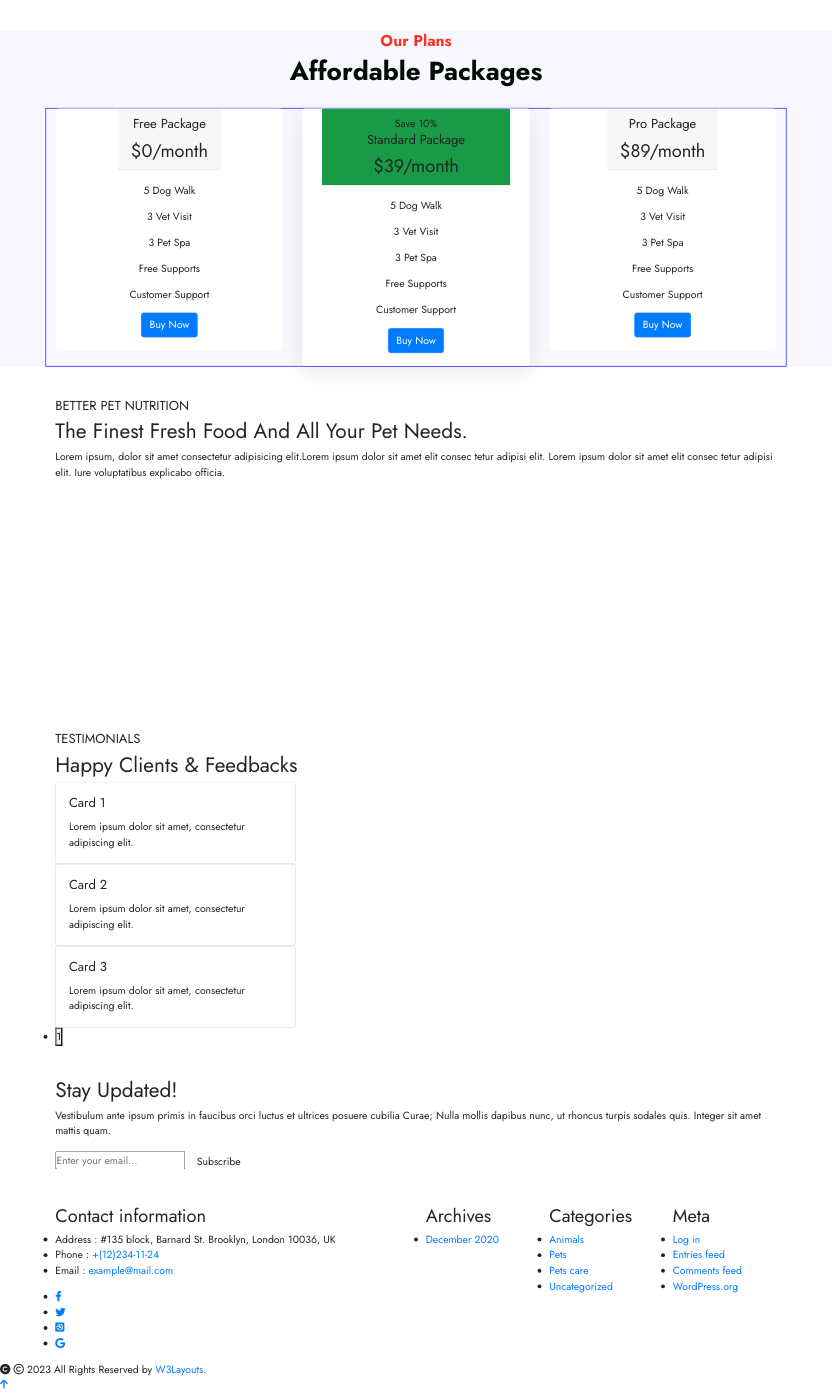
Repository: thanhfrankie/poochcare
Page: index.html
These files come from the project's save history. The page is drawn as it stood at one moment and after a run of saves; the edit follows.
The browser window is 1280 px wide. The pictures show the whole page, at 65% of full size.
Pictures or frames that could not be fetched are drawn as grey boxes.

Above is the page before, as saved 2023-12-20 21:53:15.

### index.html
<!DOCTYPE html>
<html lang="en">
  <head>
    <title>Pooch Care</title>
    <!-- Required meta tags -->
    <meta charset="utf-8" />
    <meta
      name="viewport"
      content="width=device-width, initial-scale=1, shrink-to-fit=no"
    />
    <!-- FONT AWESOME -->
    <link
      rel="stylesheet"
      href="https://cdnjs.cloudflare.com/ajax/libs/font-awesome/6.4.2/css/all.min.css"
      integrity="sha512-z3gLpd7yknf1YoNbCzqRKc4qyor8gaKU1qmn+CShxbuBusANI9QpRohGBreCFkKxLhei6S9CQXFEbbKuqLg0DA=="
      crossorigin="anonymous"
      referrerpolicy="no-referrer"
    />
    <!-- Bootstrap CSS -->
    <link
      rel="stylesheet"
      href="https://stackpath.bootstrapcdn.com/bootstrap/4.3.1/css/bootstrap.min.css"
      integrity="sha384-ggOyR0iXCbMQv3Xipma34MD+dH/1fQ784/j6cY/iJTQUOhcWr7x9JvoRxT2MZw1T"
      crossorigin="anonymous"
    />
    <!-- Font Jost -->
    <link rel="preconnect" href="https://fonts.googleapis.com" />
    <link rel="preconnect" href="https://fonts.gstatic.com" crossorigin />
    <link
      href="https://fonts.googleapis.com/css2?family=Jost:wght@300;400;700&display=swap"
      rel="stylesheet"
    />
    <!-- Pricing CSS -->
    <link rel="stylesheet" href="./css/pricing.css" />
    <!-- pet food CSS (em đặt tên nutrition hay pet-nutrition hay pet__nutrition nó không cho đặt vậy ạ) -->
    <link rel="stylesheet" href="./css/petfood.css" />
    <!-- Testimonials CSS -->
    <link rel="stylesheet" href="./css/testimonials.css" />
    <!-- Subscribe CSS -->
    <link rel="stylesheet" href="./css/subscribe.css" />
    <!-- footer CSS -->
    <link rel="stylesheet" href="./css/footer.css" />
    <!-- Main CSS -->
    <link rel="stylesheet" href="./css/style.css" />
  </head>
  <body>
    <!-- Pricing -->
    <section class="pricing" id="pricing">
      <div class="container mt-5">
        <div class="title">
          <h4>Our Plans</h4>
          <h2>Affordable Packages</h2>
        </div>
        <div class="row">
          <!-- Pricing Card 1 -->
          <div class="col-lg-4">
            <div class="card">
              <div class="card-header">
                <h5 class="card-title">Free Package</h5>
                <h3 class="card-text">$0/month</h3>
              </div>
              <div class="card-body">
                <p class="card-text">5 Dog Walk</p>
                <p class="card-text">3 Vet Visit</p>
                <p class="card-text">3 Pet Spa</p>
                <p class="card-text">Free Supports</p>
                <p class="card-text">Customer Support</p>
                <a href="#" class="btn btn-primary btn-buy">Buy Now</a>
              </div>
            </div>
          </div>

          <!-- Pricing Card 2 -->
          <div class="col-lg-4">
            <div class="card card2">
              <div class="card-header">
                <div class="card-save">Save 10%</div>
                <h5 class="card-title">Standard Package</h5>
                <h3 class="card-text">$39/month</h3>
              </div>
              <div class="card-body">
                <p class="card-text">5 Dog Walk</p>
                <p class="card-text">3 Vet Visit</p>
                <p class="card-text">3 Pet Spa</p>
                <p class="card-text">Free Supports</p>
                <p class="card-text">Customer Support</p>
                <a href="#" class="btn btn-primary btn-buy">Buy Now</a>
              </div>
            </div>
          </div>

          <!-- Pricing Card 3 -->
          <div class="col-lg-4">
            <div class="card">
              <div class="card-header">
                <h5 class="card-title">Pro Package</h5>
                <h3 class="card-text">$89/month</h3>
              </div>
              <div class="card-body">
                <p class="card-text">5 Dog Walk</p>
                <p class="card-text">3 Vet Visit</p>
                <p class="card-text">3 Pet Spa</p>
                <p class="card-text">Free Supports</p>
                <p class="card-text">Customer Support</p>
                <a href="#" class="btn btn-primary btn-buy">Buy Now</a>
              </div>
            </div>
          </div>
        </div>
      </div>
    </section>
    <!-- PET NUTRITION -->
    <section class="nutrition">
      <div class="container mt-5">
        <h5>BETTER PET NUTRITION</h5>
        <h2>The Finest Fresh Food And All Your Pet Needs.</h2>
        <p>
          Lorem ipsum, dolor sit amet consectetur adipisicing elit.Lorem ipsum
          dolor sit amet elit consec tetur adipisi elit. Lorem ipsum dolor sit
          amet elit consec tetur adipisi elit. Iure voluptatibus explicabo
          officia.
        </p>
        <iframe
          width="560"
          height="315"
          src="https://www.youtube.com/embed/JXUTJNv4j6A?si=1nzgvqwKbkVzJ4BS"
          title="YouTube video player"
          frameborder="0"
          allow="accelerometer; autoplay; clipboard-write; encrypted-media; gyroscope; picture-in-picture; web-share"
          allowfullscreen
        ></iframe>
      </div>
    </section>
    <!-- TESTIMONIALS -->
    <section class="testimonial">
      <div class="container mt-5">
        <h5>TESTIMONIALS</h5>
        <h2>Happy Clients & Feedbacks</h2>
        <div class="slick-carousel">
          <!-- Slick Carousel Item 1 -->
          <div class="card">
            <div class="card-body">
              <h5 class="card-title">Card 1</h5>
              <p class="card-text">
                Lorem ipsum dolor sit amet, consectetur adipiscing elit.
              </p>
            </div>
          </div>

          <!-- Slick Carousel Item 2 -->
          <div class="card">
            <div class="card-body">
              <h5 class="card-title">Card 2</h5>
              <p class="card-text">
                Lorem ipsum dolor sit amet, consectetur adipiscing elit.
              </p>
            </div>
          </div>

          <!-- Slick Carousel Item 3 -->
          <div class="card">
            <div class="card-body">
              <h5 class="card-title">Card 3</h5>
              <p class="card-text">
                Lorem ipsum dolor sit amet, consectetur adipiscing elit.
              </p>
            </div>
          </div>
        </div>
      </div>
    </section>
    <!-- Subscribe -->
    <section class="subscribe">
      <div class="container mt-5">
        <h2>Stay Updated!</h2>
        <p>
          Vestibulum ante ipsum primis in faucibus orci luctus et ultrices
          posuere cubilia Curae; Nulla mollis dapibus nunc, ut rhoncus turpis
          sodales quis. Integer sit amet mattis quam.
        </p>
        <input
          type="email"
          name=""
          id="subscribe"
          placeholder="Enter your email..."
        />
        <button class="btn">Subscribe</button>
      </div>
    </section>
    <footer>
      <div class="container mt-5">
        <div class="row">
          <div class="col-lg-6">
            <h3>Contact information</h3>
            <ul class="footer__contact">
              <li>
                Address : #135 block, Barnard St. Brooklyn, London 10036, UK
              </li>
              <li>
                Phone :
                <span>
                  <a href="#">+(12)234-11-24</a>
                </span>
              </li>
              <li>
                Email :
                <span>
                  <a href="#">example@mail.com</a>
                </span>
              </li>
            </ul>
            <ul class="footer__social">
              <li>
                <a href="https://www.facebook.com/w3layouts/">
                  <i class="fa-brands fa-facebook-f"></i
                ></a>
              </li>
              <li>
                <a href="https://twitter.com/W3layouts"
                  ><i class="fa-brands fa-twitter"></i
                ></a>
              </li>
              <li>
                <a href="https://dribbble.com/w3layouts"
                  ><i class="fa-brands fa-square-dribbble"></i
                ></a>
              </li>
              <li>
                <a href="https://myaccount.google.com/intro/profile"
                  ><i class="fa-brands fa-google"></i
                ></a>
              </li>
            </ul>
          </div>
          <div class="col-lg-6">
            <div class="row">
              <div class="col-sm-4">
                <h3>Archives</h3>
                <ul>
                  <li>
                    <a href="#"> December 2020 </a>
                  </li>
                </ul>
              </div>
              <div class="col-sm-4">
                <h3>Categories</h3>
                <ul>
                  <li>
                    <a href="#"> Animals </a>
                  </li>
                  <li>
                    <a href="#"> Pets </a>
                  </li>
                  <li>
                    <a href="#"> Pets care </a>
                  </li>
                  <li>
                    <a href="#"> Uncategorized </a>
                  </li>
                </ul>
              </div>
              <div class="col-sm-4">
                <h3>Meta</h3>
                <ul>
                  <li>
                    <a href="#"> Log in </a>
                  </li>
                  <li>
                    <a href="#"> Entries feed </a>
                  </li>
                  <li>
                    <a href="#"> Comments feed </a>
                  </li>
                  <li>
                    <a href="#"> WordPress.org </a>
                  </li>
                </ul>
              </div>
            </div>
          </div>
        </div>
      </div>
      <div class="copyright">
        <i class="fa fa-copyright" aria-hidden="true"></i>
        <i class="fa-regular fa-copyright"></i>
        <span
          >2023 All Rights Reserved by
          <a href="https://w3layouts.com/">W3Layouts.</a></span
        >
      </div>
    </footer>
    <a href="#" class="backToTop cd-top text-replace js-cd-top">
      <i class="fa fa-arrow-up"></i>
    </a>
    <!-- Optional JavaScript -->
    <!-- jQuery first, then Popper.js, then Bootstrap JS -->
    <script
      src="https://code.jquery.com/jquery-3.3.1.slim.min.js"
      integrity="sha384-q8i/X+965DzO0rT7abK41JStQIAqVgRVzpbzo5smXKp4YfRvH+8abtTE1Pi6jizo"
      crossorigin="anonymous"
    ></script>
    <script
      src="https://cdnjs.cloudflare.com/ajax/libs/popper.js/1.14.7/umd/popper.min.js"
      integrity="sha384-UO2eT0CpHqdSJQ6hJty5KVphtPhzWj9WO1clHTMGa3JDZwrnQq4sF86dIHNDz0W1"
      crossorigin="anonymous"
    ></script>
    <script
      src="https://stackpath.bootstrapcdn.com/bootstrap/4.3.1/js/bootstrap.min.js"
      integrity="sha384-JjSmVgyd0p3pXB1rRibZUAYoIIy6OrQ6VrjIEaFf/nJGzIxFDsf4x0xIM+B07jRM"
      crossorigin="anonymous"
    ></script>
    <!-- slick carousel  -->
    <script
      src="https://cdnjs.cloudflare.com/ajax/libs/slick-carousel/1.8.1/slick.min.js"
      integrity="sha512-XtmMtDEcNz2j7ekrtHvOVR4iwwaD6o/FUJe6+Zq+HgcCsk3kj4uSQQR8weQ2QVj1o0Pk6PwYLohm206ZzNfubg=="
      crossorigin="anonymous"
      referrerpolicy="no-referrer"
    ></script>
    <script>
      // Initialize Slick Carousel
      $(".slick-carousel").slick({
        slidesToShow: 3,
        slidesToScroll: 1,
        dots: true,
        prevArrow: '<button type="button" class="slick-prev">&#9665;</button>',
        nextArrow: '<button type="button" class="slick-next">&#9655;</button>',
        responsive: [
          {
            breakpoint: 768,
            settings: {
              slidesToShow: 2,
            },
          },
          {
            breakpoint: 576,
            settings: {
              slidesToShow: 1,
            },
          },
        ],
      });
    </script>
  </body>
</html>

### css/pricing.css
.pricing {
    background-color: #F9F7FE;
}
.pricing .container {
    width: 100%;
}
.pricing .container .title {
    display: flex;
    justify-content: center;
    align-items: center;
    flex-direction: column;
    padding-bottom: 25px;
}
.pricing .container .title h4 {
    color: #F53626;
    font-weight: 550;

}
.pricing .title h2{
    font-size: 40px;
    font-weight: 600;
    line-height: 48px;
    text-transform: capitalize;
    color:#000C04;
 }
 .pricing .container .row {
    padding: 0;
    border: 1px solid blue;

 }
 .pricing .container .row .card {
    display: flex;
    justify-content: center;
    align-items: center;
    flex-direction: column;
    text-align: center;
    background-color: #FFFFFF;
    border-radius: 5px;
    border: none;
    border: 1px sold blue
 }
 .pricing .container .row .card2 {
    box-shadow: 0 10px 30px 0 rgba(17, 17, 17, 0.09);
    padding: 0 30px;
    z-index: 1;
 }
 .pricing .container .row .card2 .card-header{
    width: 100%;
    background-color:#189A46;
 }

### css/testimonials.css
TESTIMONIALS

### css/style.css
/* Global */
* {
  padding: 0;
  margin: 0;
  box-sizing: border-box;
}
html,
body {
  font-family: "Jost", sans-serif;
}

Loaded but not shown: css/footer.css (no copy from this time; the picture is the same without it); css/petfood.css (no copy from this time; the picture is the same without it); css/subscribe.css (no copy from this time; the picture is the same without it)

After the next 2 saves:
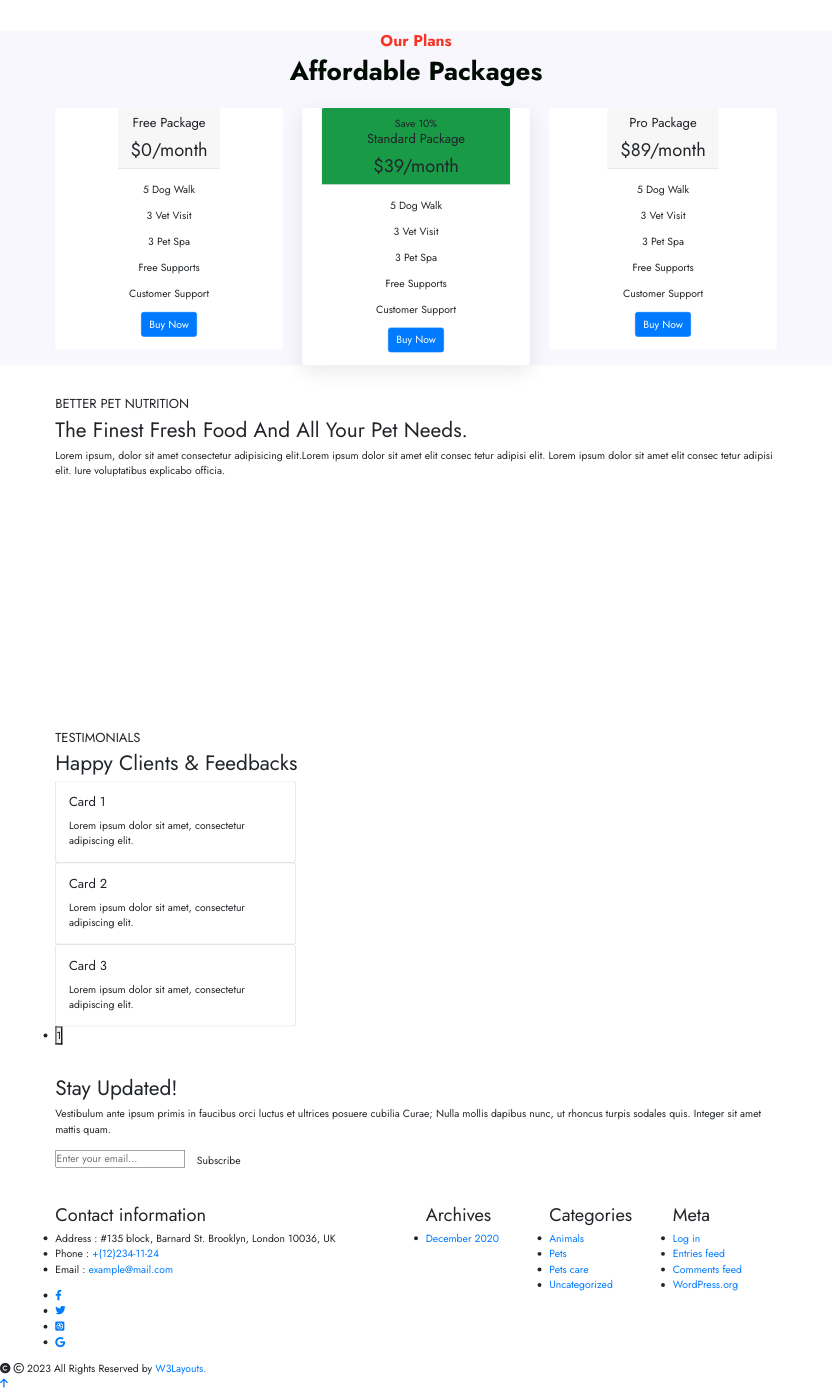
The 2 saves are shown as one change because they came seconds apart.
The last was saved 69 s later.
--- a/css/pricing.css
+++ b/css/pricing.css
@@ -24,8 +24,7 @@
     color:#000C04;
  }
  .pricing .container .row {
-    padding: 0;
-    border: 1px solid blue;
+    /* border: 1px solid blue; */
 
  }
  .pricing .container .row .card {
